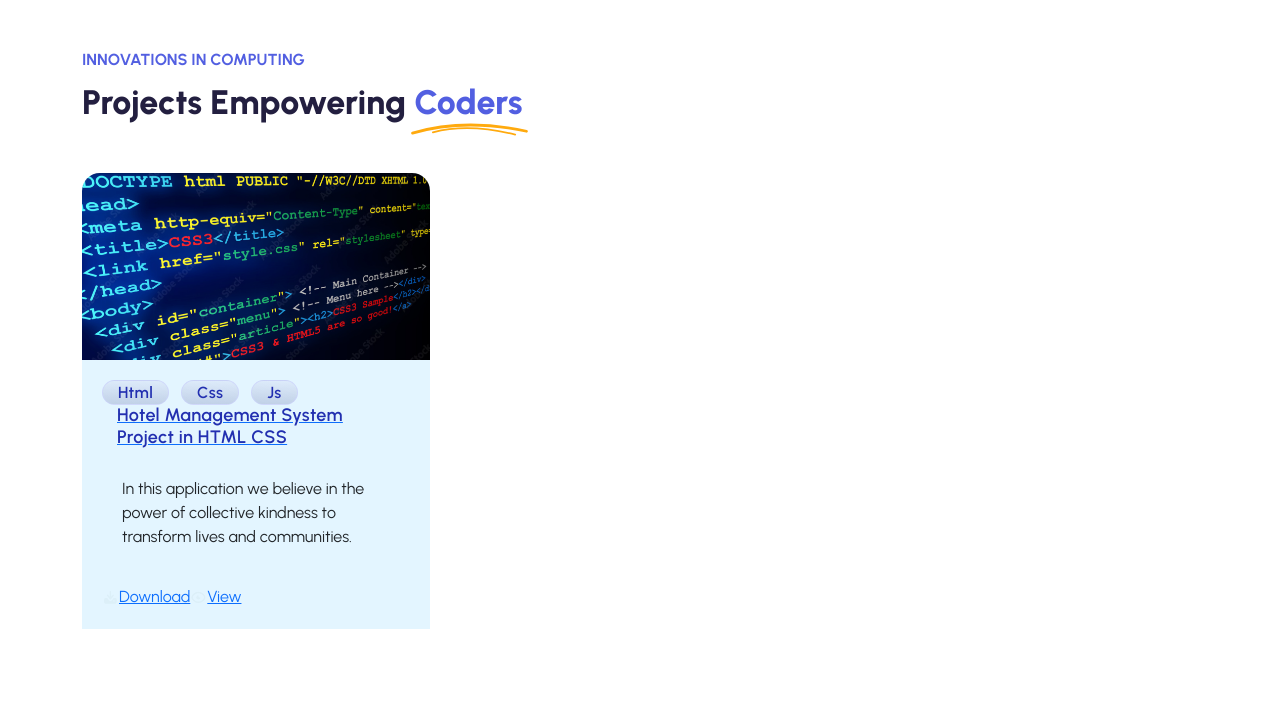
Repository: sharma171/jtccreativeideas
Page: /newsection (app in nextjssite/)
The author's editor kept a copy of each file at every save. The page is drawn from the files as they stood at one save, then again after the next save.
The browser window is 1280 px wide. The pictures show the whole page.
The project was rebuilt for these pictures with package versions that can differ from the ones it lists, and the page was loaded fresh each time. The framework's server and built-in components were replaced by stand-ins that run in the browser. Also part of the build but not shown: nextjssite/next.config.mjs.

Above is the page before, as saved 2024-03-28 13:15:39.

### nextjssite/src/app/layout.js
// import { Inter } from "next/font/google";
// import "./globals.css";
import 'bootstrap/dist/css/bootstrap.min.css';

// const inter = Inter({ subsets: ["latin"] });

export const metadata = {
  title: "Create Next App",
  description: "Generated by create next app",
};

 const RootLayout = ({ children }) => {
  return (
    <html lang="en">
      <body>
        {/* Layout UI */}
        <main>{children}</main>
      </body>
    </html>
  )
}
export default RootLayout;

### nextjssite/src/app/newsection/page.jsx
import React from 'react'
import "./page.css"
import Headicon from "./after-head-icon.svg"
import Image from 'next/image'
import Link from 'next/link'
import Projimg1 from './images/projsection1.png'
import Projimg2 from './images/projsection2.png'
import Projimg3 from './images/projsection3.png'
import Downloadicon from './images/Download-icon.svg'
import Viewicon from './images/view-icon.svg'
const Page = () => {
    return(
        <>
        <section className="projects">
            <div className="container">
                <div className="col-flex main-head">
                    <h5 class="small-head">Innovations in Computing</h5>
                    <h3 className="bghead">Projects Empowering <span>Coders
                        <Image src={Headicon}></Image></span></h3>
                </div>
                <ul className="row-flex project-cards">
                    <li>

                            <div className="card-inner">
                                <Image src={Projimg1} alt="project" className="thumb"></Image>
                                <div className="info">
                                    <div className="tech-info">
                                        <span>Html</span>
                                        <span>Css</span>
                                        <span>Js</span>
                                    </div>
                                    <Link href="/newsection">
                                    <h3 className="heading">
                                        Hotel Management System Project in HTML CSS
                                    </h3>
                                    </Link>
                                    <p className="info">
                                        In this application we believe in the power of collective kindness to transform lives and communities.
                                    </p>
                                    <div className="card-button">
                                        <a href="" className="bot-button">
                                            <Image src={Downloadicon} alt='icon'></Image>
                                            Download
                                        </a>
                                        <a href="" className="bot-button">
                                            <Image src={Viewicon} alt='icon'></Image>
                                            View
                                        </a>
                                    </div>
                                </div>
                            </div>
                    </li>
                </ul>
            </div>
        </section>
        </>
    )
}
export default Page;

### nextjssite/src/app/newsection/page.css
@import url('https://fonts.googleapis.com/css2?family=Urbanist:ital,wght@0,100..900;1,100..900&display=swap');
* {
    font-family: "Urbanist", sans-serif;
    font-optical-sizing: auto;
}

section.projects {
    padding: 50px 0;
}
.main-head .small-head {
    color: #525fe1;
    font-size: 16px;
    font-weight: 700;
    text-transform: uppercase;
}
.main-head .bghead {
    color: #231f40;
    font-size: 34px;
    line-height: 1.5em;
    font-weight: 800;
}
.main-head .bghead span {
    color: #525fe1;
    position: relative;
}
.main-head .bghead span img {
    position: absolute;
    top: 100%;
    left: -5.9999999999999964px;
    width: 122.29999999999994px;
    height: 12.600000000000012px;
}
.project-cards {
    padding: 0;
    margin: 45px 0;
    list-style: none;
}
.project-cards li {
    width: calc(33.33333333333333% - 24px);
    border-top-left-radius: 18px;
    border-top-right-radius: 18px;
    background: #E3F5FF;
}
.project-cards li .card-inner {
    display: flex;
    flex-direction: column;
    width: 100%;
    border-top-left-radius: 18px;
    border-top-right-radius: 18px;
}
.project-cards li .card-inner .thumb {
    width: 100%;
    max-width: 100%;
    height: auto;
    object-fit: cover;
    border-top-left-radius: 18px;
    border-top-right-radius: 18px;
}
.project-cards li .card-inner .info {
    padding: 20px 20px;
    display: flex;
    flex-direction: column;
}

.project-cards li .card-inner .info .tech-info {
    display: flex;
    flex-direction: row;
    align-items: center;
    gap: 12px;
}
.project-cards li .card-inner .info .tech-info span {
    height: 25px;
    font-size: 16px;
    color: #222FB0;
    padding: 0 15px;
    font-weight: 600;
    letter-spacing: 0.3px;
    line-height: 16px;
    background: linear-gradient(181deg, #d2d7f152, #C0D0E7);
    align-content: center;
    border-radius: 19px;
    border: 1px solid #ccd3fbc2;
}
.project-cards li .card-inner .info .heading {
    font-size: 18px;
    font-weight: 600;
    color: #222FB0;
    padding: 0 15px;
    letter-spacing: 0.3px;
}

After the next save:
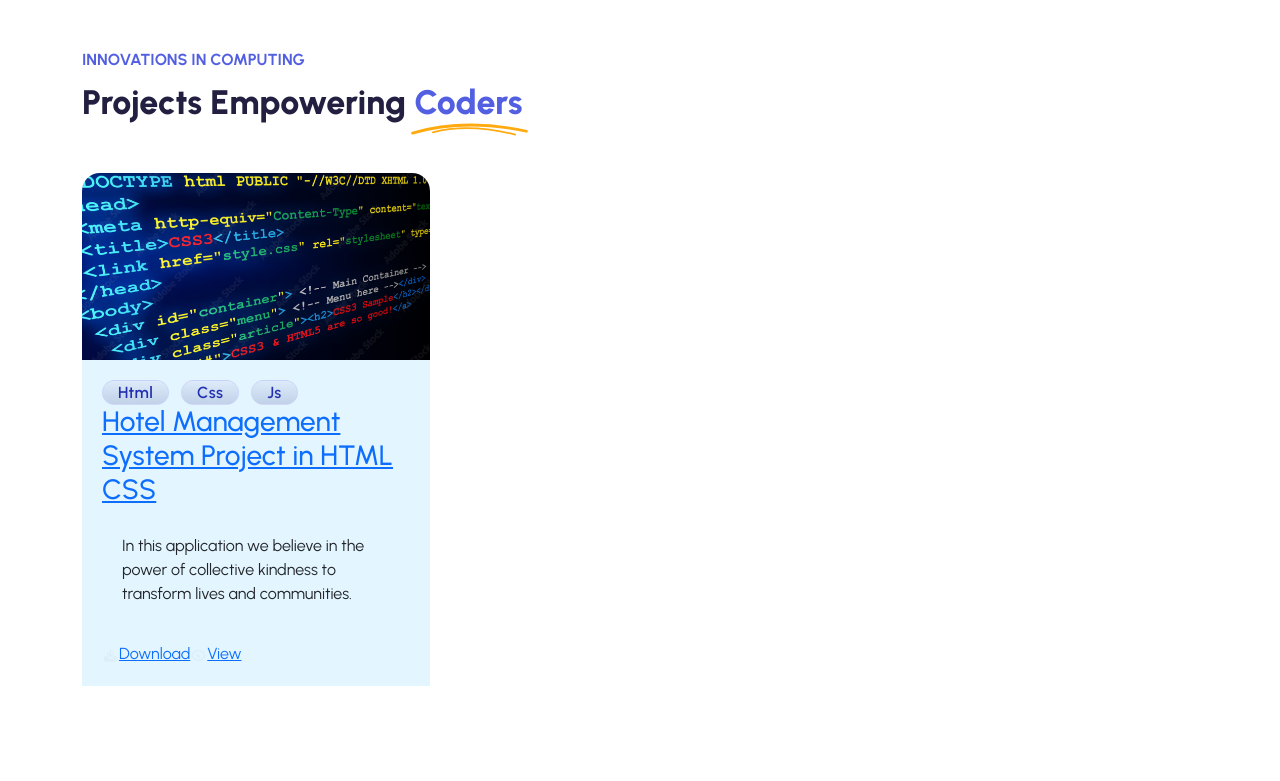
Saved 103 s later.
--- a/nextjssite/src/app/newsection/page.css
+++ b/nextjssite/src/app/newsection/page.css
@@ -82,9 +82,5 @@ section.projects {
     border: 1px solid #ccd3fbc2;
 }
 .project-cards li .card-inner .info .heading {
-    font-size: 18px;
-    font-weight: 600;
-    color: #222FB0;
-    padding: 0 15px;
-    letter-spacing: 0.3px;
+
 }
